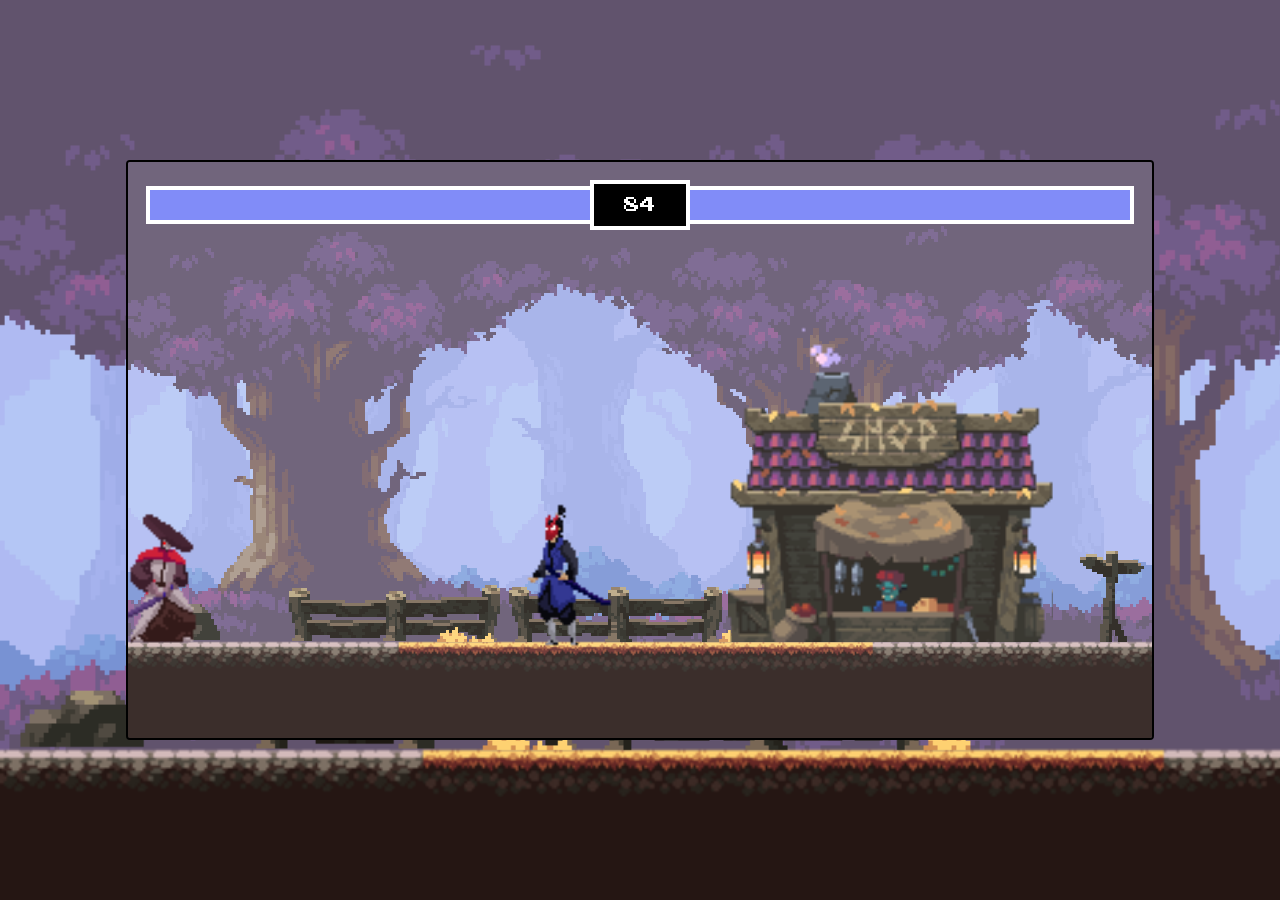
Repository: LuizAGDomingues/js-fighting-game
Page: index.html
These files come from the project's save history. The page is drawn as it stood at one moment and after a run of saves; the edit follows.
The browser window is 1280 px wide. The pictures show the whole page.

Above is the page before, as saved 2022-12-24 12:28:40.

After the next 2 saves:
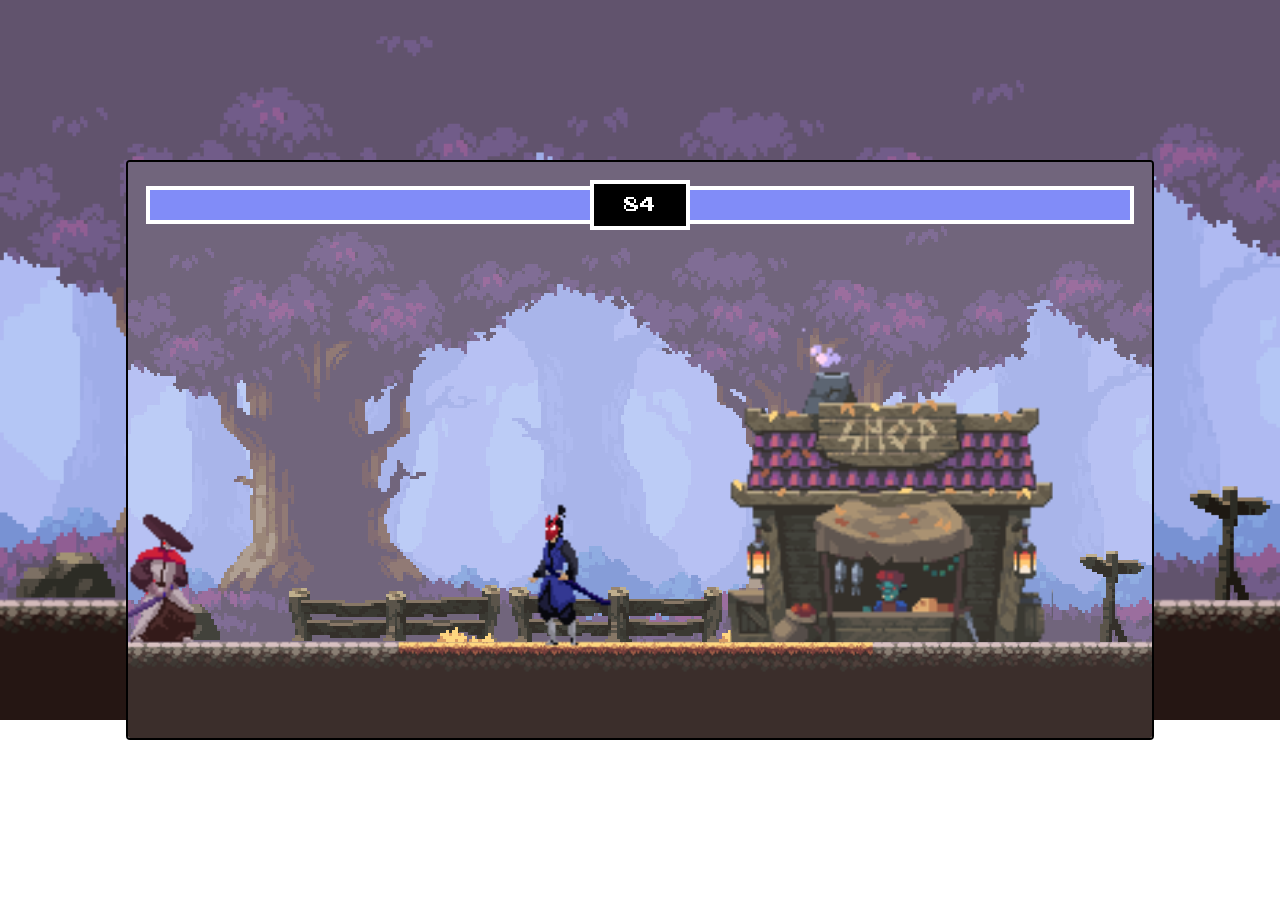
The 2 saves are shown as one change because they came seconds apart.
The last was saved 48 min 16 s later.
--- a/src/css/battle.css
+++ b/src/css/battle.css
@@ -12,7 +12,7 @@
   overflow: hidden;
   background-image: url(../../images/background.png);
   background-repeat: no-repeat;
-  background-size: cover;
+  background-size: contain;
 }
 
 .content {

After the 3 saves that followed:
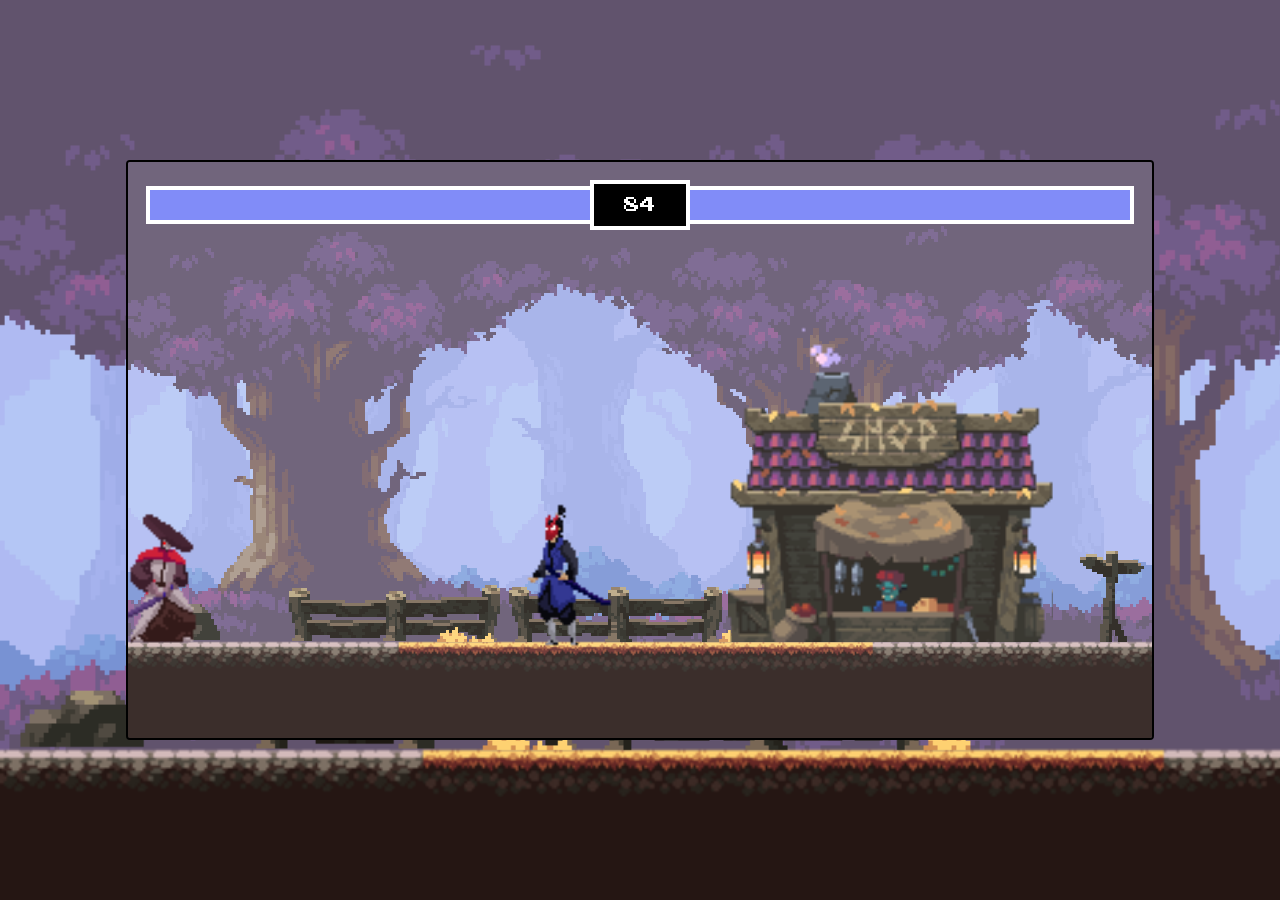
The 3 saves are shown as one change because they came seconds apart.
The last was saved 12 s later.
--- a/src/css/battle.css
+++ b/src/css/battle.css
@@ -12,7 +12,7 @@
   overflow: hidden;
   background-image: url(../../images/background.png);
   background-repeat: no-repeat;
-  background-size: contain;
+  background-size: cover;
 }
 
 .content {
